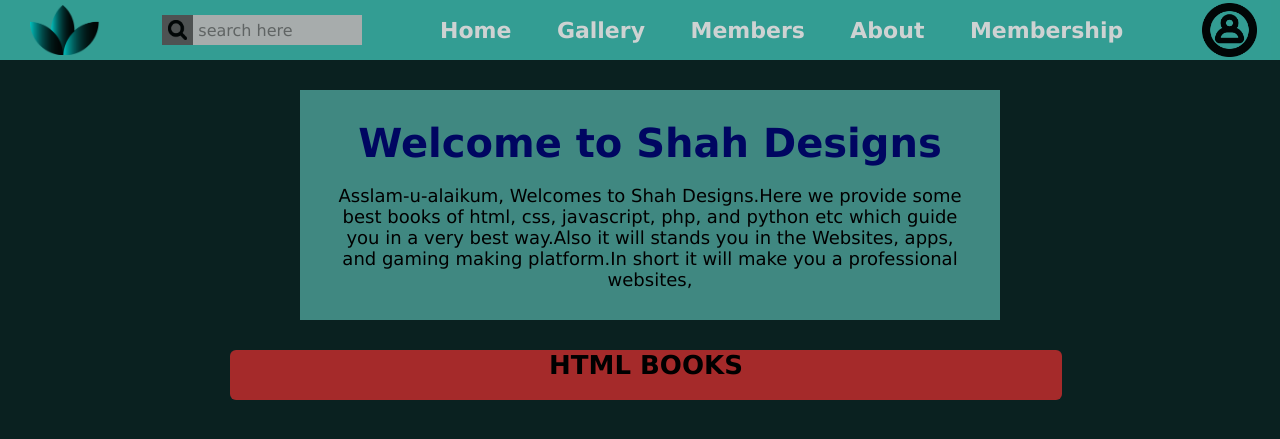
Repository: RawahaMR11/my_assignments
Page: rawaha computer/Shah Designs web/Shah home page.html
These files come from the project's save history. The page is drawn as it stood at one moment and after the next save; the edit follows.
The browser window is 1280 px wide. The pictures show the whole page.

Above is the page before, as saved 2024-12-13 08:24:11.

### rawaha computer/Shah Designs web/Shah home page.html
<!DOCTYPE html>
<html lang="en">
<head>
      <meta charset="UTF-8">
      <meta name="viewport" content="width=device-width, initial-scale=1.0">
      <title>Shah Designs</title>
      <link rel="stylesheet" href="Shah home page.css">
</head>
<body>
<div class="my-display">
      <header>
            <div class="logo">
                  <img src="logo.png" alt="Shah Designs logo">
            </div><!--end logo-->
            <div class="search">
                  <img src="search.png" alt="Search-icon">
                  <input type="text" placeholder="search here">
            </div><!--end search-->
            <div class="home">
                  <a href="Shah home page.html">Home</a>
            </div><!--end home-->
            <div class="gallery">
                  <a href="#">Gallery</a>
            </div><!--end gallery-->
            <div class="members">
                  <a href="#">Members</a>
            </div><!--end members -->
            <div class="about">
                  <a href="#">About</a>
            </div><!--end about-->
            <div class="membership">
                  <a href="#">Membership</a>
            </div>
            <div class="login">
                  <img src="sign in.png" alt="Login">
            </div><!--end login-->
      </header>


      <div class="wrapper">
            <div id="welcome">
                  <h1>Welcome to Shah Designs</h1><br>
                  <p>Asslam-u-alaikum, Welcomes to Shah Designs.Here we provide some best books of html, css, javascript, php, and python etc which guide you in a very best way.Also it will stands you in the Websites, apps, and gaming making platform.In short it will make you a professional websites, </p>
            </div><!--end welcome-->
      </div><!--end wrapper-->


      <div class="html-books">
            <p>HTML BOOKS</p>
      </div>
</div>
</body>
</html>

### rawaha computer/Shah Designs web/Shah home page.css
* {
      margin: 0;
      padding: 0;
}
body {
      display: block;
      font-size: 14px;
      background-color: rgb(10, 33, 32);
}
.my-display {
      width: 80%;
      margin: 0 auto;
      height: 100%;
      width: 100%;
}
/* css for opening my page on tablets (screens with width <=768px) */
@media screen and (max-width: 768px) {
      body {
            font-size: 16px;
      }
      .my-display {
            width: 100%;
      }
}
/* css for opening my page on laptops,pcs etc (screens with width <=1080px) */
@media screen and (max-width: 1080px) {
      body {
            font-size: 14px;
      }
      .my-display {
            width: 100%;
      }
}
/* css for opening my page on phones (screens with width <=480px) */
@media screen and (max-width: 480px) {
      body {
            font-size: 10px;
      }
      .my-display {
            width: 100%;
      }
}
header {
      width: 100%;
      height: 60px;
      display: flex;
      align-items: center;
      background-color: rgb(62, 188, 176);
      opacity: 80%;
      gap: 31.5px;
}
.logo {
      height: 83%;
      width: 70px;
      margin: 0 30px 0;
}
.logo img {
      height: 100%;
      width: 100%;
}
.search {
      width: 200px;
      height: 30px;
      background-color: rgb(95, 95, 95);
      display: flex;
      align-items: center;
      justify-content: space-evenly;
}
.search img {
      width: 10%;
      height: 65%;
      padding: 6px;
}
.search input {
      width: 90%;
      padding: 5.34px;
      border: none;
      outline: none;
      background-color: rgb(207, 207, 207);
      font-family: Verdana, Geneva, Tahoma, sans-serif;
      font-size: 16px;
}
.home {
      font-family: Verdana, Geneva, Tahoma, sans-serif;
      font-size: 22px;
      margin-left: 40px;
      padding: 7px;
}
.home:hover {
      background-color: rgb(161, 161, 161);
}
.home a {
      text-decoration: none;
      font-weight: 700;
      color: white;
}
.gallery {
      font-family: Verdana, Geneva, Tahoma, sans-serif;
      font-size: 22px;
      padding: 7px;
}
.gallery:hover {
      background-color: rgb(161, 161, 161);
}
.gallery a {
      text-decoration: none;
      font-weight: 700;
      color: white;
}
.members {
      font-family: Verdana, Geneva, Tahoma, sans-serif;
      font-size: 22px;
      padding: 7px;
}
.members:hover {
      background-color: rgb(161, 161, 161);
}
.members a {
      text-decoration: none;
      font-weight: 700;
      color: white;
}
.about {
      font-family: Verdana, Geneva, Tahoma, sans-serif;
      font-size: 22px;
      padding: 7px;
}
.about:hover {
      background-color: rgb(161, 161, 161);
}
.about a {
      text-decoration: none;
      font-weight: 700;
      color: white;
}
.membership {
      font-family: Verdana, Geneva, Tahoma, sans-serif;
      font-size: 22px;
      padding: 7px;
}
.membership:hover {
      background-color: rgb(161, 161, 161);
}
.membership a {
      text-decoration: none;
      font-weight: 700;
      color: white;
}
.login {
      height: 90%;
      width: 55px;
      float: right;
      margin-left: 40px;
}
.login img {
      height: 100%;
      width: 100%;
      cursor: pointer;
}
.wrapper {
      width: 50%;
      height: auto;
      display: flex;
      align-items: center;
      justify-content: center;
      margin-top: 30px;
      background-color: rgb(64, 136, 129);
      padding: 30px;
      margin-left: 300px;
}
#welcome {
      width: 100%;
      font-family: Verdana, Geneva, Tahoma, sans-serif;
      font-size: 16px;
}
#welcome h1 {
      text-align: center;
      color: rgb(0, 6, 97);
      font-size: 40px;
}
#welcome p {
      text-align: center;
      font-size: 18px;
      font-family: Verdana, Geneva, Tahoma, sans-serif;
}
.html-books {
      height: 50px;
      width: 65%;
      background-color: brown;
      margin: 30px 230px 0;
      border-radius: 6px;
}
.html-books p {
      text-align: center;
      font-family: Verdana, Geneva, Tahoma, sans-serif;
      font-size: 26px;
      font-weight: 700;
      margin: 6px 0 0;
}

After the next save:
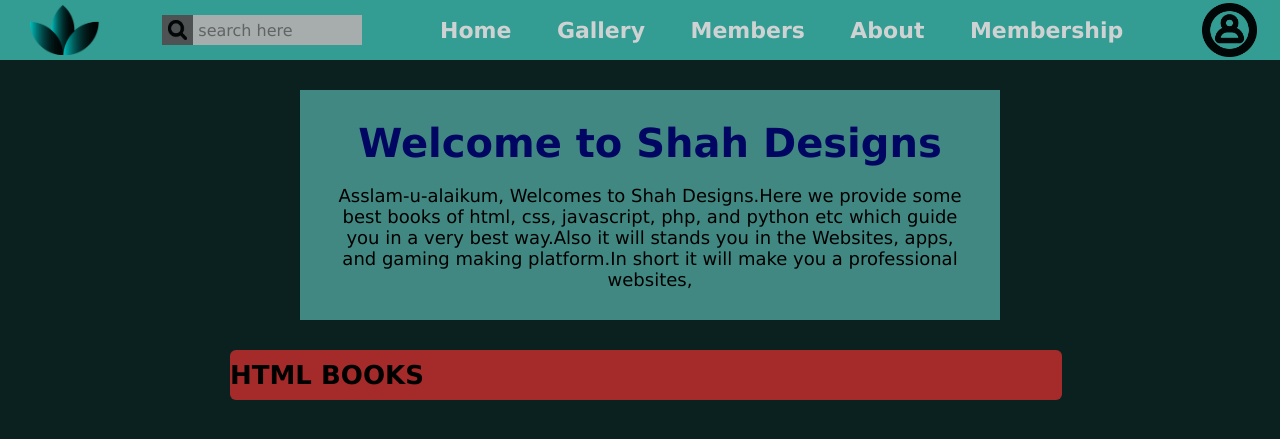
Saved 36 s later.
--- a/rawaha computer/Shah Designs web/Shah home page.css
+++ b/rawaha computer/Shah Designs web/Shah home page.css
@@ -189,11 +189,12 @@ header {
       background-color: brown;
       margin: 30px 230px 0;
       border-radius: 6px;
+      display: flex;
+      align-items: center;
 }
 .html-books p {
       text-align: center;
       font-family: Verdana, Geneva, Tahoma, sans-serif;
       font-size: 26px;
       font-weight: 700;
-      margin: 6px 0 0;
-}
+}
